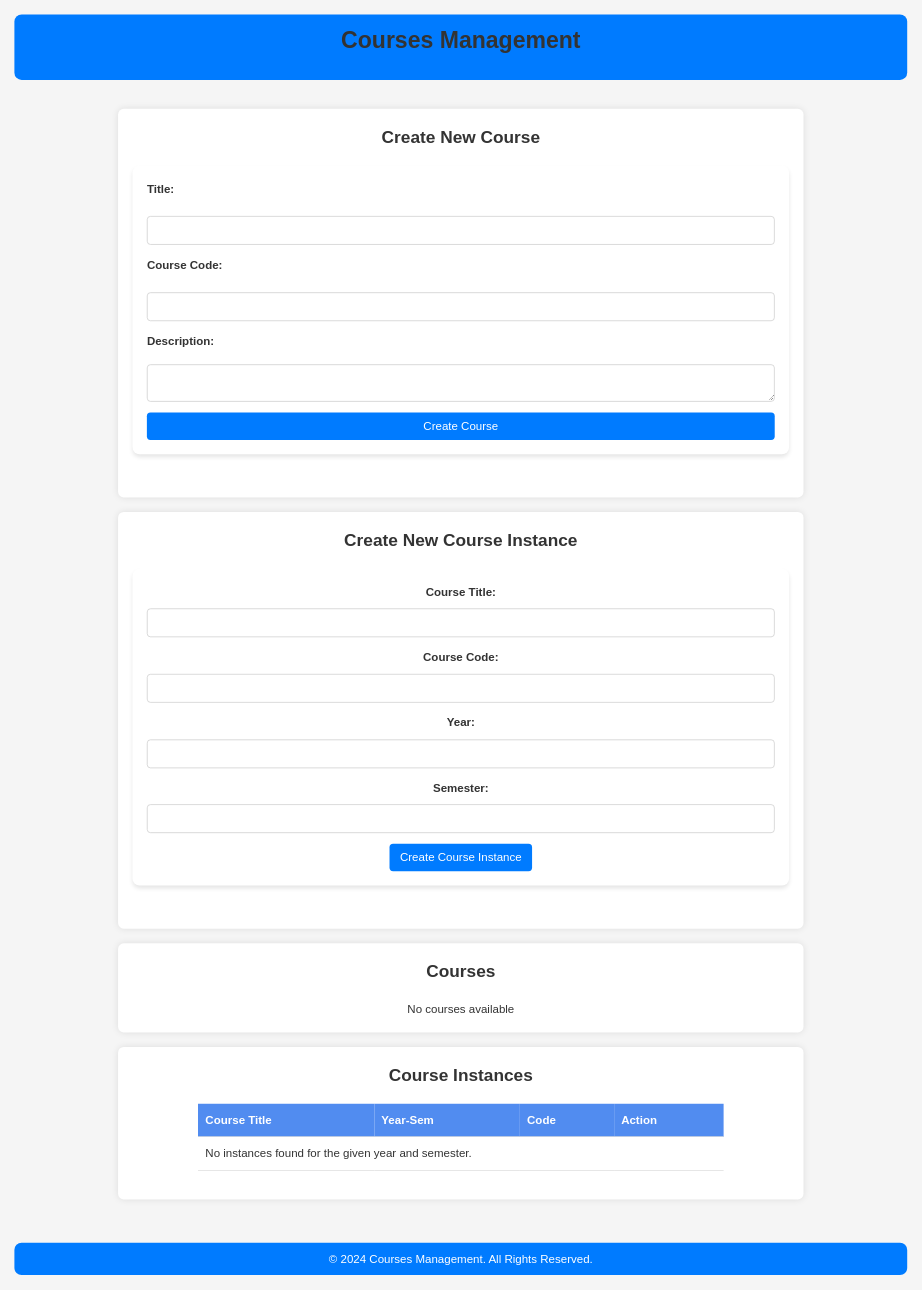
Repository: Rajdeep00-bit/Course_frontend
Page: /
The author's editor kept a copy of each file at every save. The page is drawn from the files as they stood at one save, then again after the next save.
The browser window is 1280 px wide. The pictures show the whole page, at 72% of full size.
The page's requests for data from a server got no answer. The project was rebuilt for these pictures with package versions that can differ from the ones it lists, and the page was loaded fresh each time. No one was signed in, and anything a server would have sent is missing. Also part of the build but not shown: src/components/CourseInstanceDetails.js.

Above is the page before, as saved 2024-09-12 11:53:06.

### src/index.js
import React from 'react';
import ReactDOM from 'react-dom/client';
import './index.css';
import App from './App';




const root = ReactDOM.createRoot(document.getElementById('root'));
root.render(
  <React.StrictMode>
    <App />
  </React.StrictMode>
);

### src/index.css
/* Reset some default styles */
* {
  margin: 0;
  padding: 0;
  box-sizing: border-box;
}

body {
  font-family: 'Arial', sans-serif;
  background-color: #f4f4f9;
  color: #333;
  line-height: 1.6;
  padding: 20px;
}

h1, h2, h3, h4, h5, h6 {
  margin-bottom: 20px;
  color: #333;
}

.container {
  max-width: 1200px;
  margin: 0 auto;
  padding: 20px;
}

/* General button styles */
button {
  background-color: #007bff;
  color: white;
  padding: 10px 15px;
  border: none;
  border-radius: 5px;
  cursor: pointer;
  font-size: 16px;
  transition: background-color 0.3s ease;
}

button:hover {
  background-color: #0056b3;
}

/* Form styles */
form {
  background-color: white;
  padding: 20px;
  margin-bottom: 40px;
  border-radius: 10px;
  box-shadow: 0 4px 6px rgba(0, 0, 0, 0.1);
}

form div {
  margin-bottom: 15px;
}

form label {
  display: block;
  margin-bottom: 5px;
  font-weight: bold;
}

form input[type="text"],
form input[type="number"],
form select {
  width: 100%;
  padding: 10px;
  margin-top: 5px;
  border: 1px solid #ccc;
  border-radius: 5px;
  font-size: 16px;
}

/* List styles */
ul {
  list-style: none;
  padding: 0;
}

li {
  background-color: white;
  padding: 15px;
  margin-bottom: 10px;
  border-radius: 10px;
  display: flex;
  justify-content: space-between;
  align-items: center;
  box-shadow: 0 4px 6px rgba(0, 0, 0, 0.1);
}

li button {
  background-color: #dc3545;
}

li button:hover {
  background-color: #c82333;
}

/* Header styles */
header {
  background-color: #007bff;
  color: white;
  padding: 20px;
  text-align: center;
  border-radius: 10px;
  margin-bottom: 40px;
}

/* Course and Course Instance Styles */
.course, .course-instance {
  display: flex;
  justify-content: space-between;
  align-items: center;
  padding: 15px;
  margin-bottom: 10px;
  background-color: white;
  border-radius: 10px;
  box-shadow: 0 4px 6px rgba(0, 0, 0, 0.1);
}

.course-info, .instance-info {
  display: flex;
  flex-direction: column;
}

.course-info h3, .instance-info h3 {
  margin-bottom: 5px;
}

/* Footer */
footer {
  text-align: center;
  padding: 20px;
  margin-top: 40px;
  background-color: #007bff;
  color: white;
  border-radius: 10px;
}

### src/App.css
body {
  margin: 0;
  font-family: Arial, sans-serif;
  background-color: #f5f5f5;
}

.App {
  text-align: center;
}

.header {
  background-color: #007bff;
  color: white;
  padding: 10px 0;
  margin-bottom: 20px;
}

.container {
  width: 80%;
  margin: 0 auto;
}

.section {
  background-color: white;
  padding: 20px;
  margin-bottom: 20px;
  box-shadow: 0px 0px 10px rgba(0, 0, 0, 0.1);
  border-radius: 8px;
}

.form {
  display: flex;
  flex-direction: column;
  gap: 15px;
}

.form label {
  font-weight: bold;
  text-align: left;
}

.form input, .form textarea, .form select {
  padding: 10px;
  border-radius: 5px;
  border: 1px solid #ccc;
}

.form button {
  padding: 10px;
  background-color: #007bff;
  color: white;
  border: none;
  border-radius: 5px;
  cursor: pointer;
}

.form button:hover {
  background-color: #0056b3;
}

ul {
  list-style-type: none;
  padding: 0;
}

ul li {
  background-color: #f9f9f9;
  margin: 10px 0;
  padding: 10px;
  border-radius: 5px;
  box-shadow: 0px 0px 5px rgba(0, 0, 0, 0.1);
}

ul li button {
  margin-left: 10px;
}

.course-details, .instance-details {
  margin-top: 20px;
  text-align: left;
}

.footer {
  background-color: #007bff;
  color: white;
  padding: 10px 0;
  margin-top: 20px;
}
.course-details {
  margin-top: 20px;
  padding: 15px;
  border: 1px solid #ddd;
  background-color: #f9f9f9;
}
.course-details h3 {
  margin-bottom: 10px;
}
.course-instance-list {
  margin: 20px auto;
  width: 80%;
}

table {
  width: 100%;
  border-collapse: collapse;
}

thead {
  background-color: #518cf0;
  color: white;
}

th, td {
  padding: 10px;
  text-align: left;
  border-bottom: 1px solid #ddd;
}

tbody tr:nth-child(even) {
  background-color: #f9f9f9;
}

.action-btn {
  background-color: #ff4d4d;
  color: white;
  padding: 5px 10px;
  border: none;
  border-radius: 5px;
  cursor: pointer;
}

.action-btn:hover {
  background-color: #ff3333;
}

.selected-instance-details {
  margin-top: 20px;
  background-color: #f0f8ff;
  padding: 15px;
  border-radius: 5px;
}

### src/components/CourseForm.js
import React, { useState } from 'react';

function CourseForm({ onCourseCreated }) {
  const [title, setTitle] = useState('');
  const [courseCode, setCourseCode] = useState('');
  const [description, setDescription] = useState('');

  const handleSubmit = (event) => {
    event.preventDefault();

    const course = {
      title: title,
      course_code: courseCode,
      description: description,
    };

    fetch('http://127.0.0.1:8000/api/courses/', {
      method: 'POST',
      headers: {
        'Content-Type': 'application/json',
      },
      body: JSON.stringify(course),
    })
      .then((response) => {
        if (!response.ok) {
          throw new Error(`Error: ${response.status} ${response.statusText}`);
        }
        return response.json();
      })
      .then((data) => {
        // Clear form fields
        setTitle('');
        setCourseCode('');
        setDescription('');

        // Call the onCourseCreated prop to fetch the updated course list
        if (onCourseCreated) {
          onCourseCreated();
        }
      })
      .catch((error) => {
        console.error('Error creating course:', error);
      });
  };

  return (
    <form className="form" onSubmit={handleSubmit}>
      <label>Title:</label>
      <input
        type="text"
        value={title}
        onChange={(e) => setTitle(e.target.value)}
        required
      />

      <label>Course Code:</label>
      <input
        type="text"
        value={courseCode}
        onChange={(e) => setCourseCode(e.target.value)}
        required
      />

      <label>Description:</label>
      <textarea
        value={description}
        onChange={(e) => setDescription(e.target.value)}
        required
      />

      <button type="submit">Create Course</button>
    </form>
  );
}

export default CourseForm;

### src/components/CourseInstanceForm.js
import React, { useState } from 'react';

function CourseInstanceForm({ onInstanceCreated, year, semester, setYear, setSemester }) {
  const [courseTitle, setCourseTitle] = useState('');
  const [courseCode, setCourseCode] = useState('');

  const handleSubmit = (e) => {
    e.preventDefault();

    // Create a new course instance
    const newInstance = {
      id: Date.now(), // Temporary ID, in a real app this would come from the backend
      course: { title: courseTitle },
      year,
      semester,
      code: courseCode,
    };

    // Pass the new instance back to the parent
    onInstanceCreated(newInstance);

    // Clear form fields
    setCourseTitle('');
    setCourseCode('');
  };

  return (
    <form onSubmit={handleSubmit}>
      <div>
        <label>Course Title:</label>
        <input
          type="text"
          value={courseTitle}
          onChange={(e) => setCourseTitle(e.target.value)}
          required
        />
      </div>
      <div>
        <label>Course Code:</label>
        <input
          type="text"
          value={courseCode}
          onChange={(e) => setCourseCode(e.target.value)}
          required
        />
      </div>
      <div>
        <label>Year:</label>
        <input
          type="text"
          value={year}
          onChange={(e) => setYear(e.target.value)}
          required
        />
      </div>
      <div>
        <label>Semester:</label>
        <input
          type="text"
          value={semester}
          onChange={(e) => setSemester(e.target.value)}
          required
        />
      </div>
      <button type="submit">Create Course Instance</button>
    </form>
  );
}

export default CourseInstanceForm;

### src/components/CourseInstanceList.js
import React, { useState } from 'react';

function CourseInstanceList({ instances, setInstances, year, semester, deleteInstance }) {
  const [selectedInstance, setSelectedInstance] = useState(null);

  // Fetch instance details
  const viewInstanceDetails = (id) => {
    console.log(`Fetching details for ID: ${id}, Year: ${year}, Semester: ${semester}`);

    if (!year || !semester) {
      alert("Year and semester must be set to fetch instance details.");
      return;
    }

    const apiUrl = `http://127.0.0.1:8000/api/instances/${year}/${semester}/${id}/`;
    console.log("API URL:", apiUrl);

    fetch(apiUrl)
      .then((response) => {
        if (!response.ok) {
          throw new Error(`Failed to fetch instance details: ${response.status}`);
        }
        return response.json();
      })
      .then((data) => {
        console.log("Fetched instance details:", data);
        setSelectedInstance(data);
      })
      .catch((error) => {
        console.error('Error fetching instance details:', error);
        alert('Failed to fetch instance details.');
      });
  };

  return (
    <div className="course-instance-list">
      <table>
        <thead>
          <tr>
            <th>Course Title</th>
            <th>Year-Sem</th>
            <th>Code</th>
            <th>Action</th>
          </tr>
        </thead>
        <tbody>
          {instances.length === 0 ? (
            <tr>
              <td colSpan="4">No instances found for the given year and semester.</td>
            </tr>
          ) : (
            instances.map((instance) => {
              // Log each instance for debugging
              console.log("Rendering instance:", instance);

              return (
                <tr key={instance.id}>
                  <td>{instance.course ? instance.course.title : 'Course title unavailable'}</td>
                  <td>{`${instance.year}-${instance.semester}`}</td>
                  <td>{instance.code ? instance.code : 'No code available'}</td>
                  <td>
                    <button onClick={() => deleteInstance(instance.id)} className="action-btn">
                      Delete
                    </button>
                  </td>
                </tr>
              );
            })
          )}
        </tbody>
      </table>

      {/* Display the selected instance details, if needed */}
      {selectedInstance && selectedInstance.course && (
        <div className="selected-instance-details">
          <h2>Course Instance Details</h2>
          <p><strong>Title:</strong> {selectedInstance.course.title}</p>
          <p><strong>Year:</strong> {selectedInstance.year}</p>
          <p><strong>Semester:</strong> {selectedInstance.semester}</p>
          <p><strong>Code:</strong> {selectedInstance.code}</p>
        </div>
      )}
    </div>
  );
}

export default CourseInstanceList;

### src/components/CourseList.js
import React, { useEffect, useState } from 'react';
import { BiAlignLeft } from 'react-icons/bi';

function CourseList() {
  const [courses, setCourses] = useState([]);
  const [selectedCourse, setSelectedCourse] = useState(null);

  // Fetch courses from API
  const fetchCourses = () => {
    console.log('Fetching courses...');
    fetch('http://127.0.0.1:8000/api/courses/')
      .then((response) => {
        if (!response.ok) {
          throw new Error(`Error: ${response.status} ${response.statusText}`);
        }
        return response.json();
      })
      .then((data) => {
        console.log('Courses fetched:', data);
        setCourses(data);  // Store fetched courses in state
      })
      .catch((error) => {
        console.error('Error fetching courses:', error);
        alert(`Failed to fetch courses: ${error.message}`);
      });
  };

  // Create a new course and refetch the list
  const createCourse = (newCourse) => {
    console.log('Creating new course:', newCourse);
    fetch('http://127.0.0.1:8000/api/courses/', {
      method: 'POST',
      headers: {
        'Content-Type': 'application/json',
      },
      body: JSON.stringify(newCourse),
    })
      .then((response) => {
        if (!response.ok) {
          throw new Error(`Error: ${response.status} ${response.statusText}`);
        }
        return response.json();
      })
      .then((createdCourse) => {
        console.log('Course created:', createdCourse);
        // Refetch the updated course list to ensure consistency
        fetchCourses();  // Refetch courses after creation
      })
      .catch((error) => {
        console.error('Error creating course:', error);
        alert(`Failed to create course: ${error.message}`);
      });
  };

  // Fetch course details from API
  const viewCourseDetails = (id) => {
    console.log(`Fetching details for course ID: ${id}`);
    fetch(`http://127.0.0.1:8000/api/courses/${id}/`)
      .then((response) => {
        if (!response.ok) {
          throw new Error(`Error: ${response.status} ${response.statusText}`);
        }
        return response.json();
      })
      .then((data) => {
        console.log('Course details fetched:', data);
        setSelectedCourse(data);  // Store the selected course details in state
      })
      .catch((error) => {
        console.error('Error fetching course details:', error);
        alert(`Failed to fetch course details: ${error.message}`);
      });
  };

  // Close the course details view
  const closeCourseDetails = () => {
    setSelectedCourse(null);  // Clear the selected course to hide details
  };

  // Delete a course and refetch the list
  const deleteCourse = (id) => {
    if (!window.confirm("Are you sure you want to delete this course?")) {
      return;
    }

    console.log(`Deleting course ID: ${id}`);
    fetch(`http://127.0.0.1:8000/api/courses/${id}/`, {
      method: 'DELETE',
    })
      .then((response) => {
        if (response.ok) {
          console.log(`Course ID ${id} deleted successfully.`);
          // Refetch the updated course list to ensure consistency
          fetchCourses();  // Refetch courses after deletion
        } else {
          return response.json().then((err) => Promise.reject(err));
        }
      })
      .catch((error) => {
        console.error("Error deleting course:", error);
        alert("Failed to delete the course.");
      });
  };

  // Fetch courses when the component mounts
  useEffect(() => {
    console.log('Component mounted, fetching courses...');
    fetchCourses();  // Initial fetch on component mount
  }, []);

  // Render the list of courses
  return (
    <div>
      {courses.length > 0 ? (
        <table style={styles.table}>
          <thead>
            <tr style={styles.tableHeader}>
              <th style={styles.tableHeaderCell}>Course Title</th>
              <th style={styles.tableHeaderCell}>Code</th>
              <th style={styles.tableHeaderCell}>Action</th>
            </tr>
          </thead>
          <tbody>
            {courses.map((course, index) => (
              <tr key={course.id} style={index % 2 === 0 ? styles.tableRowAlt : styles.tableRow}>
                <td style={styles.tableCell}>
                  <button
                    onClick={() => viewCourseDetails(course.id)}
                    style={styles.courseTitle}
                  >
                    {course.title}
                  </button>
                </td>
                <td style={styles.tableCell}>{course.course_code}</td>
                <td style={styles.tableCell}>
                  <div style={styles.actionContainer}>
                    <button onClick={() => deleteCourse(course.id)} style={styles.actionButton}>
                      <i className="fas fa-trash"></i> {/* Icon for delete */}
                    </button>
                  </div>
                </td>
              </tr>
            ))}
          </tbody>
        </table>
      ) : (
        <p>No courses available</p>
      )}

      {/* Conditionally render the selected course details */}
      {selectedCourse && (
        <div style={styles.courseDetails}>
          <h3>Course Details</h3>
          <p><strong>Title:</strong> {selectedCourse.title}</p>
          <p><strong>Code:</strong> {selectedCourse.course_code}</p>
          <p><strong>Description:</strong> {selectedCourse.description}</p>
          <button onClick={closeCourseDetails} style={styles.closeButton}>Close</button>
        </div>
      )}
    </div>
  );
}

// Inline CSS styles
const styles = {
  table: {
    width: '100%',
    borderCollapse: 'collapse',
    margin: '20px 0',
    fontSize: '16px',
  },
  tableHeader: {
    backgroundColor: '#4e73df',
    color: '#fff',
  },
  tableHeaderCell: {
    padding: '12px 15px',
    textAlign: 'left',
  },
  tableRow: {
    backgroundColor: '#f9f9f9',
  },
  tableRowAlt: {
    backgroundColor: '#f1f1f1',
  },
  tableCell: {
    padding: '12px 15px',
    borderBottom: '1px solid #ddd',
  },
  courseTitle: {
    background: 'none',
    border: 'none',
    color: 'blue',
    textDecoration: 'underline',
    cursor: 'pointer',
    padding: '0',
    textAlign: 'center',
  },
  actionContainer: {
    display: 'flex',
    gap: '10px',
    justifyContent: 'center',
  },
  actionButton: {
    background: 'none',
    border: 'none',
    cursor: 'pointer',
    fontSize: '16px',
    color: 'black',

  },
  courseDetails: {
    marginTop: '20px',
    padding: '20px',
    border: '1px solid #ddd',
    borderRadius: '5px',
    backgroundColor: '#f9f9f9',
  },
  closeButton: {
    padding: '10px 20px',
    backgroundColor: '#6c757d',
    color: '#fff',
    border: 'none',
    borderRadius: '4px',
    cursor: 'pointer',
    marginTop: '10px',
  },
};

export default CourseList;

Loaded but not shown: src/App.js (200 lines, source omitted)

After the next save:
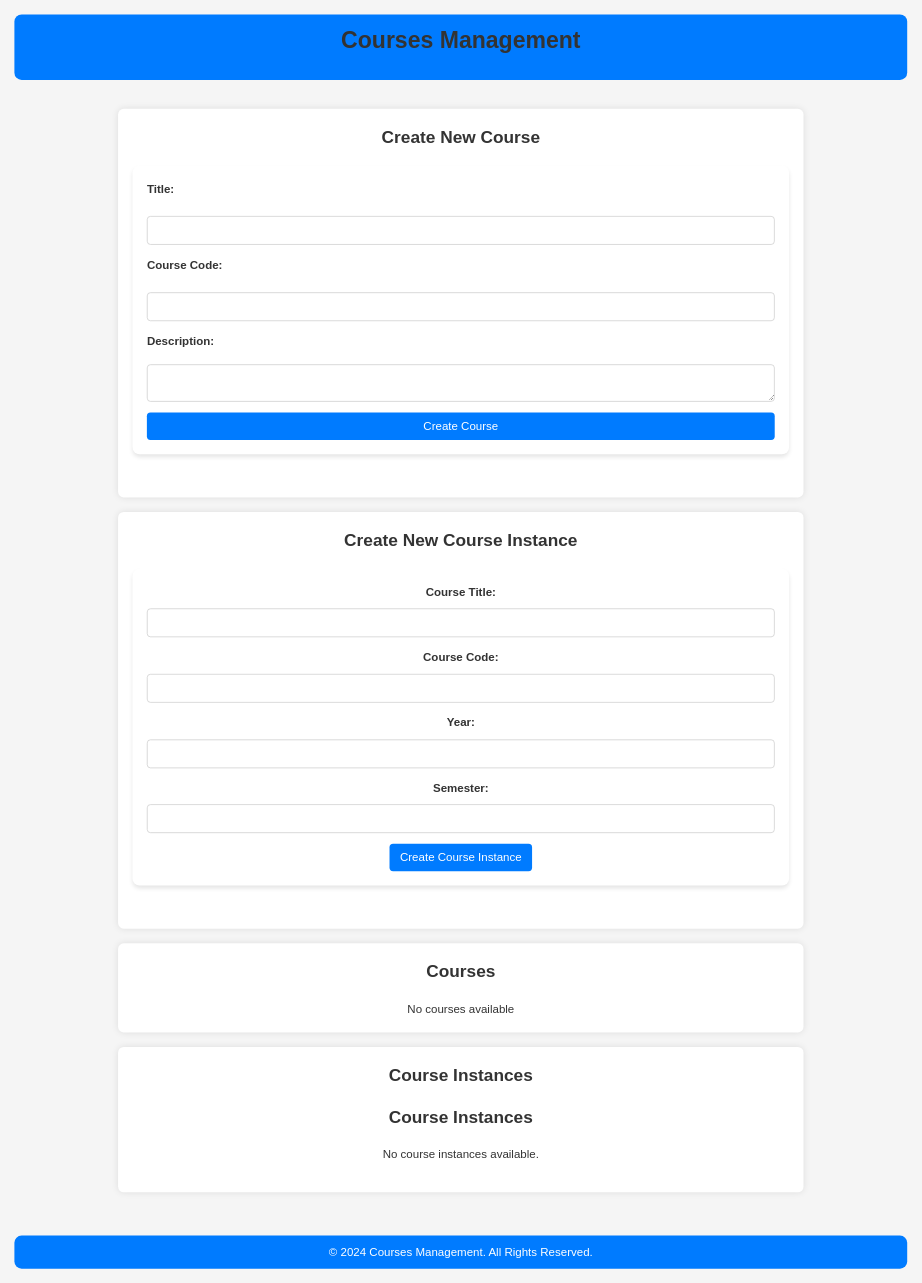
Saved 5 s later.
--- a/src/components/CourseInstanceList.js
+++ b/src/components/CourseInstanceList.js
@@ -1,10 +1,10 @@
 import React, { useState } from 'react';
 
-function CourseInstanceList({ instances, setInstances, year, semester, deleteInstance }) {
+function CourseInstanceList({ instances, deleteInstance, viewInstanceDetails, year, semester }) {
   const [selectedInstance, setSelectedInstance] = useState(null);
 
-  // Fetch instance details
-  const viewInstanceDetails = (id) => {
+  // Fetch instance details and store it in selectedInstance state
+  const fetchInstanceDetails = (id) => {
     console.log(`Fetching details for ID: ${id}, Year: ${year}, Semester: ${semester}`);
 
     if (!year || !semester) {
@@ -34,43 +34,40 @@ function CourseInstanceList({ instances, setInstances, year, semester, deleteIns
 
   return (
     <div className="course-instance-list">
-      <table>
-        <thead>
-          <tr>
-            <th>Course Title</th>
-            <th>Year-Sem</th>
-            <th>Code</th>
-            <th>Action</th>
-          </tr>
-        </thead>
-        <tbody>
-          {instances.length === 0 ? (
+      <h2>Course Instances</h2>
+      {instances.length === 0 ? (
+        <p>No course instances available.</p>
+      ) : (
+        <table>
+          <thead>
             <tr>
-              <td colSpan="4">No instances found for the given year and semester.</td>
+              <th>Course Title</th>
+              <th>Year-Semester</th>
+              <th>Code</th>
+              <th>Actions</th>
             </tr>
-          ) : (
-            instances.map((instance) => {
-              // Log each instance for debugging
-              console.log("Rendering instance:", instance);
+          </thead>
+          <tbody>
+            {instances.map((instance) => (
+              <tr key={instance.id}>
+                <td>
+                  {instance.course && instance.course.title
+                    ? instance.course.title
+                    : 'Title unavailable'}
+                </td>
+                <td>{`${instance.year}-${instance.semester}`}</td>
+                <td>{instance.code ? instance.code : 'Code unavailable'}</td>
+                <td>
+                  <button onClick={() => fetchInstanceDetails(instance.id)}>View Details</button>
+                  <button onClick={() => deleteInstance(instance.id)}>Delete</button>
+                </td>
+              </tr>
+            ))}
+          </tbody>
+        </table>
+      )}
 
-              return (
-                <tr key={instance.id}>
-                  <td>{instance.course ? instance.course.title : 'Course title unavailable'}</td>
-                  <td>{`${instance.year}-${instance.semester}`}</td>
-                  <td>{instance.code ? instance.code : 'No code available'}</td>
-                  <td>
-                    <button onClick={() => deleteInstance(instance.id)} className="action-btn">
-                      Delete
-                    </button>
-                  </td>
-                </tr>
-              );
-            })
-          )}
-        </tbody>
-      </table>
-
-      {/* Display the selected instance details, if needed */}
+      {/* Display the selected instance details if available */}
       {selectedInstance && selectedInstance.course && (
         <div className="selected-instance-details">
           <h2>Course Instance Details</h2>
